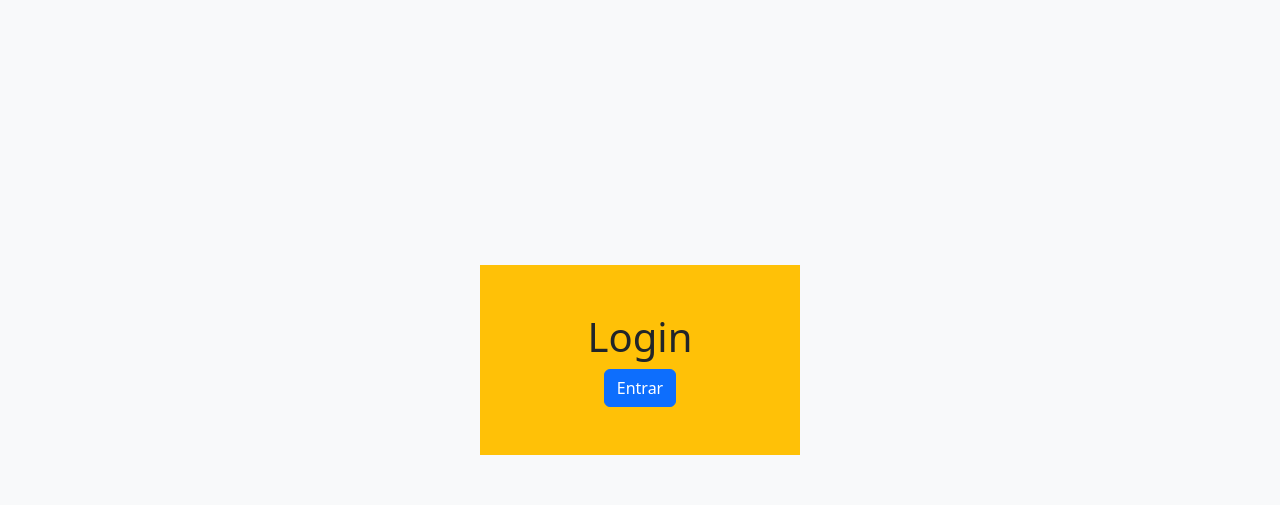
Repository: gabrielwodtke282/PetShop-fofinhos
Page: front-end/index.html
An editor plug-in stored every save of this project. The page is shown before and after the next save, followed by the edit.
The browser window is 1280 px wide. The pictures show the whole page.

Above is the page before, as saved 2026-03-23 09:35:09.

### front-end/index.html
<!DOCTYPE html>
<html lang="pt-BR">

<head>
    <meta charset="UTF-8">
    <meta name="viewport" content="width=device-width, initial-scale=1.0">
    <title>Fofinhos Petshop</title>

    <link href="https://cdn.jsdelivr.net/npm/bootstrap@5.3.8/dist/css/bootstrap.min.css" rel="stylesheet">
</head>

<body class=" bg-light">
    <div class="d-flex justify-content-center align-items-center vh-100">
        <div class="bg-warning p-5 text-center w-25">
            <h1>Login</h1>
            <button class="btn btn-primary">Entrar</button>
        </div>
    </div>
</body>

</html>

After the next save:
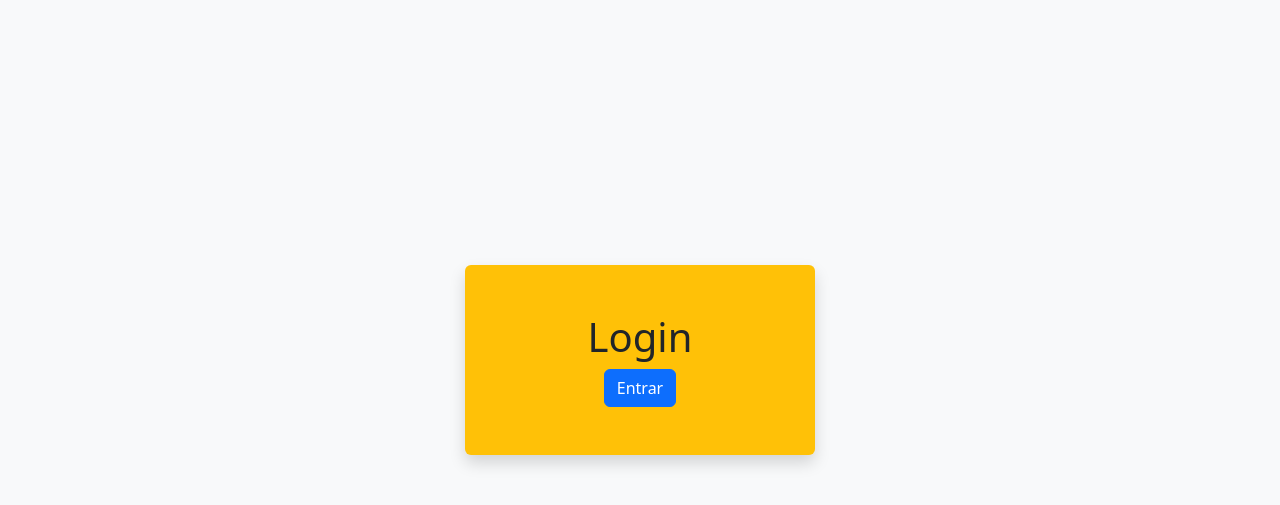
Saved 17 s later.
--- a/front-end/index.html
+++ b/front-end/index.html
@@ -9,12 +9,14 @@
     <link href="https://cdn.jsdelivr.net/npm/bootstrap@5.3.8/dist/css/bootstrap.min.css" rel="stylesheet">
 </head>
 
-<body class=" bg-light">
+<body class="bg-light">
     <div class="d-flex justify-content-center align-items-center vh-100">
-        <div class="bg-warning p-5 text-center w-25">
+
+        <div class="bg-warning p-5 text-center shadow rounded" style="max-width: 350px; width: 100%;">
             <h1>Login</h1>
             <button class="btn btn-primary">Entrar</button>
         </div>
+
     </div>
 </body>
 
